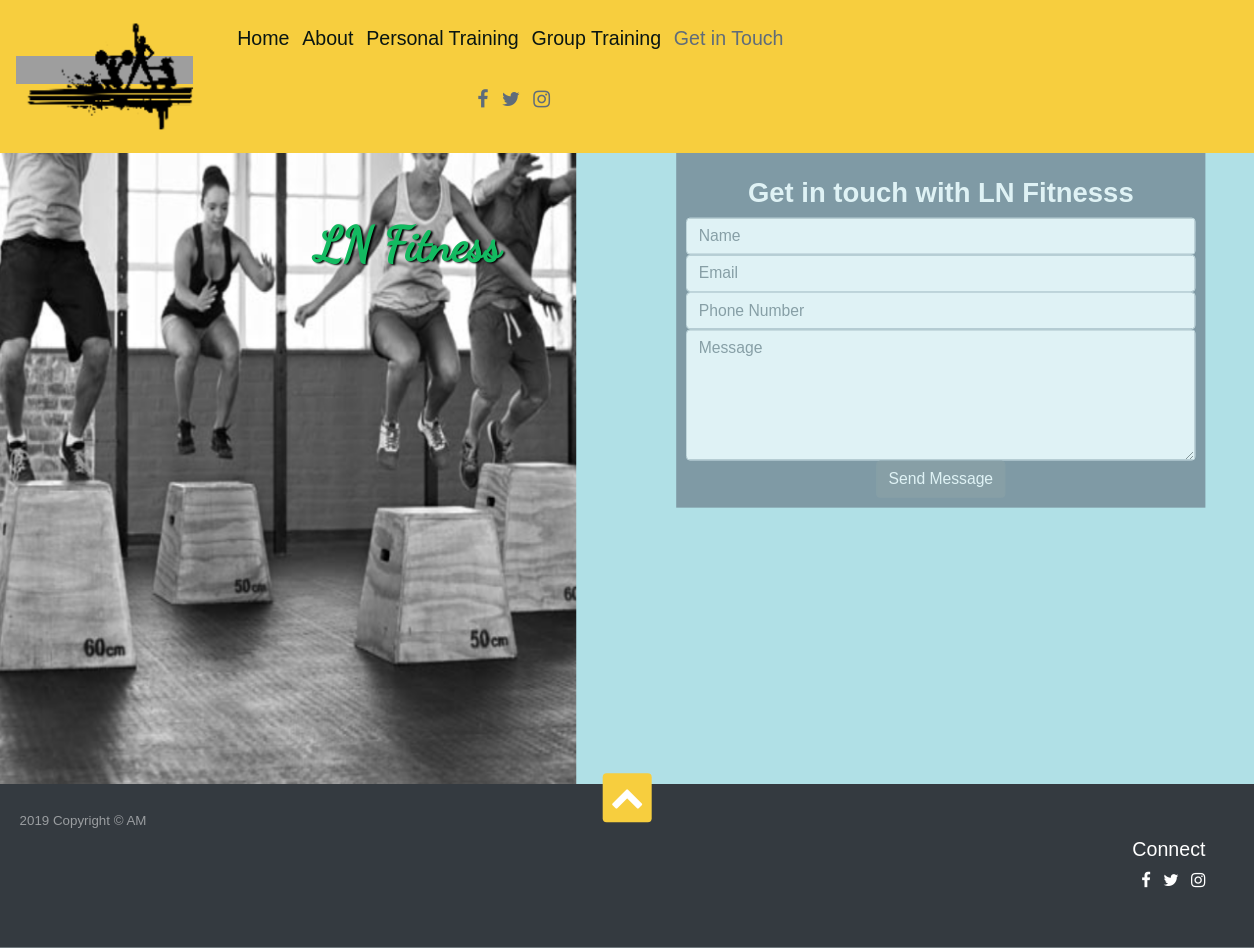
Repository: murphya14/Fitness-webpage
Page: get-in-touch.html
The author's editor kept a record of every edit. The page is drawn from the files as they stood at one moment, then again after the next edit.
The browser window is 1280 px wide. The pictures show the whole page, at 98% of full size.
Pictures or frames that could not be fetched are drawn as grey boxes. Some web libraries are served in a nearby version.

Above is the page before.

### get-in-touch.html
<!DOCTYPE html>
<html lang="en">

<head>
  <meta charset="UTF-8">
  <meta name="viewport" content="width=device-width, initial-scale=1.0">
  <meta http-equiv="X-UA-Compatible" content="ie=edge">
  <link rel="stylesheet" href="https://stackpath.bootstrapcdn.com/bootstrap/4.3.1/css/bootstrap.min.css" <link rel="stylesheet" href="https://stackpath.bootstrapcdn.com/font-awesome/4.7.0/css/font-awesome.min.css" type="text/css" />
  <link rel="stylesheet" href="assets/css/style.css" />
  <link rel="shortcut icon" type="image/x-icon" href="assets/favicon.ico">
  <link rel="stylesheet" href="https://cdnjs.cloudflare.com/ajax/libs/font-awesome/4.7.0/css/font-awesome.min.css">
  <link rel="stylesheet" type="text/css" href="//fonts.googleapis.com/css?family=Dancing+Script" />
   <script src="https://code.jquery.com/jquery-3.2.1.slim.min.js" integrity="sha384-KJ3o2DKtIkvYIK3UENzmM7KCkRr/rE9/Qpg6aAZGJwFDMVNA/GpGFF93hXpG5KkN" crossorigin="anonymous"></script>
  <title>Home</title>
</head>

<body>



  <header>
    <!-- Logo and Nav bar-->
    <!-- Used help from Stack overflow: https://stackoverflow.com/questions/23949804/how-to-change-link-color-bootstrap-->


    <nav class=" container-fliud navbar navbar-expand-lg navbar-custom  fixed-top navbar-light topnav">
      <div><a class="logo " href="index.html">
          <img src="assets/images/logo.png" alt="logo">
        </a></div>


      <div>
        <div>
          <ul class="nav justify-content-center container-fluid">

            <li class="nav-item">
              <a class="nav-link" href="index.html">Home</a>
            </li>
            <li class="nav-item ">
              <a class="nav-link" href="about.html">About</a>
            </li>
            <li class="nav-item  ">
              <a class="nav-link" href="personal-training.html">Personal Training</a>
              <li class="nav-item ">
                <a class="nav-link" href="group-training.html">Group Training</a>
              </li>
              <li class="nav-item ">
                <a class="nav-link" id="active" href="get-in-touch.html">Get in Touch</a>
              </li>
          </ul>

        </div>
        <!-- Select menu for Nav bar for smaller devices-->

        <select id="select">
    <option value="index.html" >Home</div>
    <option value="about.html" >About</option>
    <option value="personal-training.html">Personal Training</option>
    <option value="group-training" >Group Training</option>
    <option value="get-in-touch" selected="selected">Get in Touch</option>
  </select>

        <!-- Social links-->

        <div class="row no-gutters">
          <div class="col">

            <div class="nav-link">

              <ul class="list-inline social-links">
                <li class="list-inline-item">
                  <a target="_blank" href="#">
                            <i class="fa fa-facebook" aria-hidden="true"></i>
                            <span class="sr-only">Facebook</span>
                        </a>
                </li>
                <li class="list-inline-item">
                  <a target="_blank" href="#">
                            <i class="fa fa-twitter" aria-hidden="true"></i>
                            <span class="sr-only">Twitter</span>
                        </a>
                </li>


                <li class="list-inline-item">
                  <a target="_blank" href="#">
                            <i class="fa fa-instagram" aria-hidden="true"></i>
                            <span class="sr-only">Instagram</span>
                        </a>
                </li>

              </ul>
            </div>
          </div>
        </div>

    </nav>


  </header>

  <!-- Container for main image -->
 <section class="section">

  <div class="container-fluid">


 <div class="row">

  <div class="column main-image-contact image">
          <img src="assets/images/get-in-touch.jpg" alt="Jumping group">

          <h2 class="image-text">LN Fitness</h2>
  </div>
  <!-- Content for section -->

<div class="column contact-box">


  <div class="transbox">
    <h3 class="box-heading section-heading"> Get in touch with LN Fitnesss </h3>
    <div class="center-form">
      <form>
              <input type="text" name="name" id="fullname" class="form-control" placeholder="Name" required />
                        <input type="email" name="email" id="emailaddress" class="form-control" placeholder="Email" required />
                        <input type="phonenumber" name="phonenumber" id="phonenumber" class="form-control" placeholder="Phone Number" required />
                        <textarea rows="5" name="Message" id="message" class="form-control" placeholder="Message" required></textarea>
                        <div class="form-row text-center">
                            <div class="col">
                                <button type="submit" class="btn btn-secondary">Send Message</button>
                            </div>
        </form>


    </div>


    </div>



  </div>
</div>




  </section>
  </div>




  <!-- footer-->


  <footer id="footer" class="container-fluid py-4 bg-dark text-white-50">
    <div class="row">
      <div class="col-sm-4 text-footer">
        <small>2019 Copyright &copy; AM</small></div>

      <div class="col-sm-4 "><a id="button"></a></div>


      <div class="col-sm-4">

        <!-- footer social media links-->
        <div class="footer-link">
          <h5 class="uppercase general-sub">Connect</h5>
          <ul class="list-inline social-links">
            <li class="list-inline-item">
              <a target="_blank" href="#">
                            <i class="fa fa-facebook" aria-hidden="true"></i>
                            <span class="sr-only">Facebook</span>
                        </a>
            </li>
            <li class="list-inline-item">
              <a target="_blank" href="#">
                            <i class="fa fa-twitter" aria-hidden="true"></i>
                            <span class="sr-only">Twitter</span>
                        </a>
            </li>


            <li class="list-inline-item">
              <a target="_blank" href="#">
                            <i class="fa fa-instagram" aria-hidden="true"></i>
                            <span class="sr-only">Instagram</span>
                        </a>
            </li>

          </ul>
        </div>

      </div>

  </footer>


  <!--------------Back to top button created with help from https://www.templatemonster.com/blog/back-to-top-button-css-jquery/--->
  <script src="https://code.jquery.com/jquery-3.4.1.slim.min.js"></script>
  <script src="https://cdnjs.cloudflare.com/ajax/libs/popper.js/1.15.0/umd/popper.min.js"></script>
  <script src="https://stackpath.bootstrapcdn.com/bootstrap/4.3.1/js/bootstrap.min.js"></script>


  <script>
    jQuery(document).ready(function() {

      var btn = $('#button');

      $(window).scroll(function() {
        if ($(window).scrollTop() > 300) {
          btn.addClass('show');
        }
        else {
          btn.removeClass('show');
        }
      });

      btn.on('click', function(e) {
        e.preventDefault();
        $('html, body').animate({ scrollTop: 0 }, '300');
      });

    });
  </script>




</body>

</html>

### assets/css/style.css
/*----------------------------------------------- Colours*/

.nav-link {
    color: #00ccff;
}

#active {
    color: #5F6C7A;
}

.navbar {
    background:#f7ce3e ;

}


li a:hover {
    color: #f7ce3e;
}

/*--------------------------------------------- General*/

body {font-size: 17px;
    font-family: "arial", sans-serif;
    margin: 0; padding: 0; overflow-x:hidden;
}

.center {
  display: block;
  margin-left: auto;
  margin-right: auto;
  width: 50%;
}


.inline-block {
    display: inline-block;
}







.highlight {color:#D2691E;
    padding:0;
    margin:0;
}








/*--------------------------------------------- Nav bar*/

nav ul {
    padding: 8px;
    margin-right: 0;
    display: block;
    font-size: 20px;
    font-weight: 600;



}

.logo {
    position: static;
    background: url("../images/rosie.jpg");
    background-position: center;
    background-repeat: no-repeat;
    margin-right:40px;
    padding-top: 10px;
    padding-left: 10px;
    min-height: 100px;
    transition: all .5s ease-in-out;
    -moz-transition: all .5s ease-in-out;
    -webkit-transition: all .5s ease-in-out;
    height: 10%;
    width: 25%;
}

.header {
    position: fixed;
    top: 0;
    left: 0;
    right: 0;
    background-color: #e84610;
    padding: 15px 25px;

}

nav select {
    display: none;
    background-color: #77C9D4;
    color: white;
    border: 1px solid #778899;
   position: relative;
   cursor: pointer;
   top: 100%;
  left: 0;
  right: 0;
  z-index: 99;

}

#select {color: #f7ce3e;
    background-color: #5F6C7A;
}


.nav-link
{color: #0A1612;
text-align: center;
padding: 8px;
    margin-right: 0;
    display: block;

    font-size:33;
    font-weight: 500;
    padding-left: 5px;
      transition: all 0.35s ease-in-out;
    -moz-transition: all 0.35s ease-in-out;
    -webkit-transition: all 0.35s ease-in-out;
    -o-transition: all 0.35s ease-in-out;
    max-width:100%;

}
/*-------------------------Social links*/
nav a {color:#5F6C7A;}

nav a:hover {
    color: white;
}

/*-------------------------------------------Section*/

/*-------------------------Section Image*/

.main-image {max-width:100%;
    height:100%;
    padding-left:0;
    padding-right:0;
    position: relative;
    transform: translate(-5%, +10%);
    margin: 0;

 }

.image-text {
   position: absolute;
   top: 250px;
   left: 70%;
   width: 100%;
   color:#13BA61;
   font-family: "Dancing Script";
   font-size: 48px;
   font-variant: normal;
   font-weight: 700;
   line-height: 26.4px;
   text-shadow: 2px 2px 2px #000;
    transform: translate(-50%, -50%);
 }


/*------------------Index.html*/
 .section {background-color:#B0E0E6;
  text-align: center;


     max-width:100%;
 }

.section-heading {color: #D2691E;
            text-align: center;
            margin-top:100px;
}

.section-p {padding:12px;
margin:10px;
    padding-bottom: 50px;
;


}

.section-p-about {padding:15px;
    text-align: center;
     width:75%;
}



.free-link {text-align: center;
    font-weight: 700;
    background-color: #5F6C7A;
    font:white;
    padding:15px;
    margin:15px;
    border-radius:15px;

  bottom: 5px;
  right: 30px;
  transition: background-color .3s;
  z-index: 1000;
  position: relative;
   left: 50%;

     transform: translate(-50%,-50%);


}

.section-link {color:white;
 width:120px;


}


.section a:hover {color:#f7ce3e;
text-decoration:none;

}

/*------------------About.html*/


/* With help from https://www.w3schools.com/css/tryit.asp?filename=trycss_transparency*/

div.transbox {
  margin: 50px;

  background-color: #5F6C7A;
  border: none;
  opacity: 0.6;
  filter: alpha(opacity=60);
  padding: 10px;
}

div.transbox p {
  margin: 5%;
  font-weight: bold;
  color: #000000;
}

.box-heading {font-weight:700;
color:white;}


/*------------------personal-training.html*/

.col-md-10 {transform: translate(+5%,0);}

.transbox-testimony {height:400px;
    transform: translate(+8%,0);
}

.testimony {transform: translate(+12%, +12%);}

/*------------------group-trainig.html*/

iframe {transform: translate(+50%, 0%);}

.timetable-link {
transform: translate(-50%,+40%);
    width: 25%;
}

/*------------------get-in-touch.html*/


  .row {
  display: flex;
}

.column {
  flex: 50%;
}

.main-image-contact {transform: translate(-5%,0%);}

.box-heading {padding-top:20px;}


/*--------------------------------------------- footer*/

#button {
  text-align: center;
  display: inline-block;
  background-color: #f7ce3e;
  width: 50px;

  border-radius: 4px;
  bottom: 10px;
  right: 30px;
  transition: background-color .3s;
  z-index: 1000;
  position: relative;
   left: 50%;

     transform: translate(-50%,-50%);


}


#button:hover {
  cursor: pointer;
  background-color: #333;
}
#button:active {
  background-color: #555;
}

#button::after {
  content: "\f077";
  font-family: FontAwesome;
  font-weight: normal;
  font-style: normal;
  font-size: 2em;
  line-height: 50px;
  color: #fff;
}

.footer-link
{color: white;
text-align: right;

    float: none;
    padding-bottom: 15px;
    padding-right: 30px;
    padding-top:30px;
    font-size:33;
    font-weight: 500;
    padding-left: 5px;
      transition: all 0.35s ease-in-out;
    -moz-transition: all 0.35s ease-in-out;
    -webkit-transition: all 0.35s ease-in-out;
    -o-transition: all 0.35s ease-in-out;

}

footer a {color:white;}

 footer  a:hover {
    color: #f7ce3e;
}

.text-footer {float: left;
padding-bottom: 5px;
text-align: left;

}

#footer { min-height: 120px;

    margin: 0;
    padding: 20px;
    max-width:100%;}



/*------------- Responsive design*/

/* Extra small devices (phones, 600px and down) */


@media only screen and (max-width: 600px) {

/*------------------------------------- Changing the menu to a select bar for smaller screens*/
  .topnav {display: none;
    }
    nav select {
        display: inline-block;
        width: 55%;
        height: 25%;
          border-radius: 4px;
        position: left;
    }
    .nav-item {
        display: none;
    }
    .logo {
        position: right;
        height: 80%;
    }
     .column {
    width: 100%;
  }
}






/* Small devices (portrait tablets and large phones, 600px and up) */

@media only screen and (min-width: 600px) {}

/* Medium devices (landscape tablets, 768px and up) */

@media only screen and (min-width: 768px) {
.section-p-about {  transform: translate(25%, 0);}
}

/* Large devices (laptops/desktops, 992px and up) */

@media only screen and (min-width: 992px) {
    ...
}

/* Extra large devices (large laptops and desktops, 1200px and up) */

@media only screen and (min-width: 1200px)
}

After the next edit:
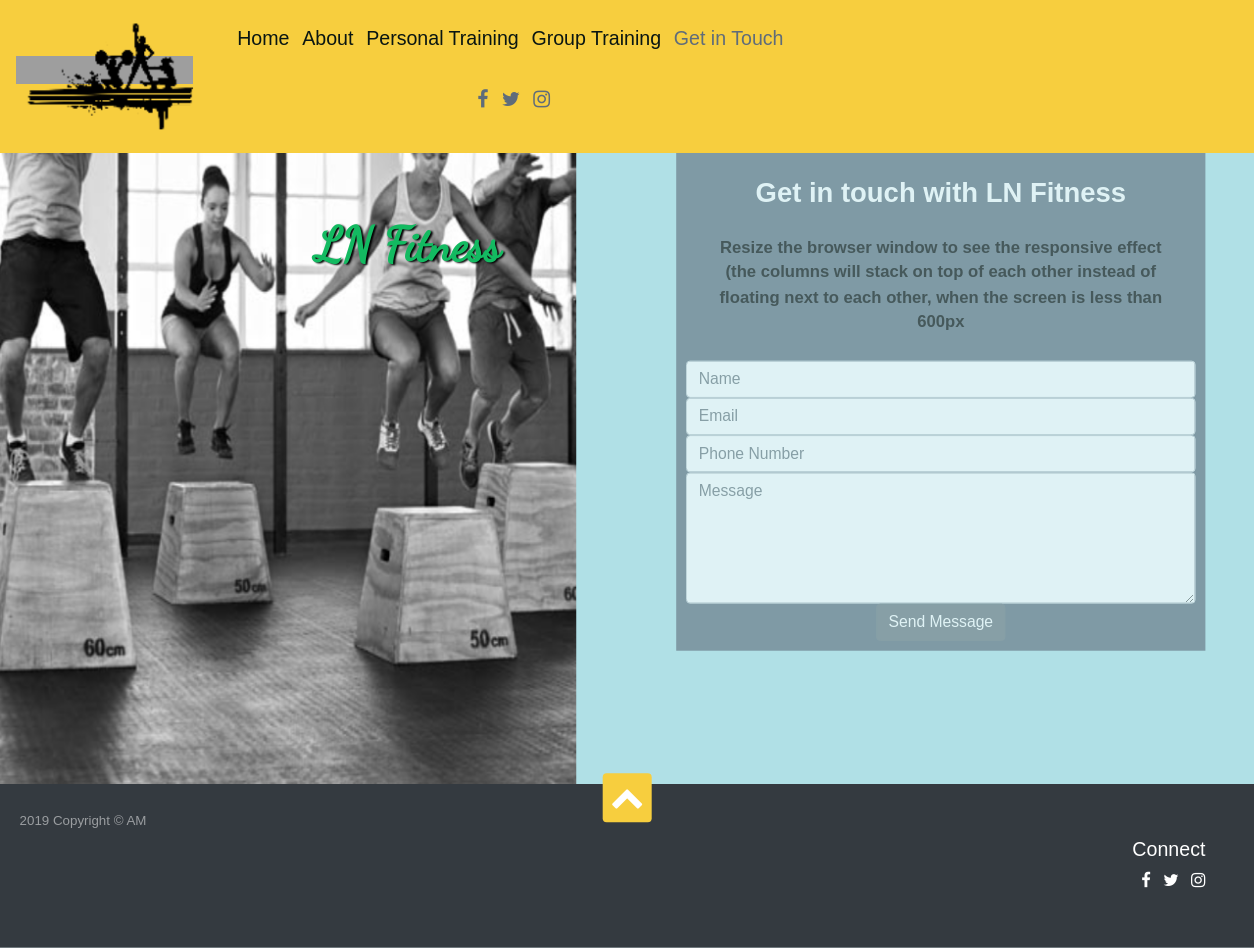
The edit:
--- a/get-in-touch.html
+++ b/get-in-touch.html
@@ -118,7 +118,12 @@
 
 
   <div class="transbox">
-    <h3 class="box-heading section-heading"> Get in touch with LN Fitnesss </h3>
+    <h3 class="box-heading section-heading"> Get in touch with LN Fitness </h3>
+          <p>
+        Resize the browser window to see the responsive effect (the columns will stack on top of each other instead of floating next to each other, when the screen is less than 600px
+
+
+      </p>
     <div class="center-form">
       <form>
               <input type="text" name="name" id="fullname" class="form-control" placeholder="Name" required />
